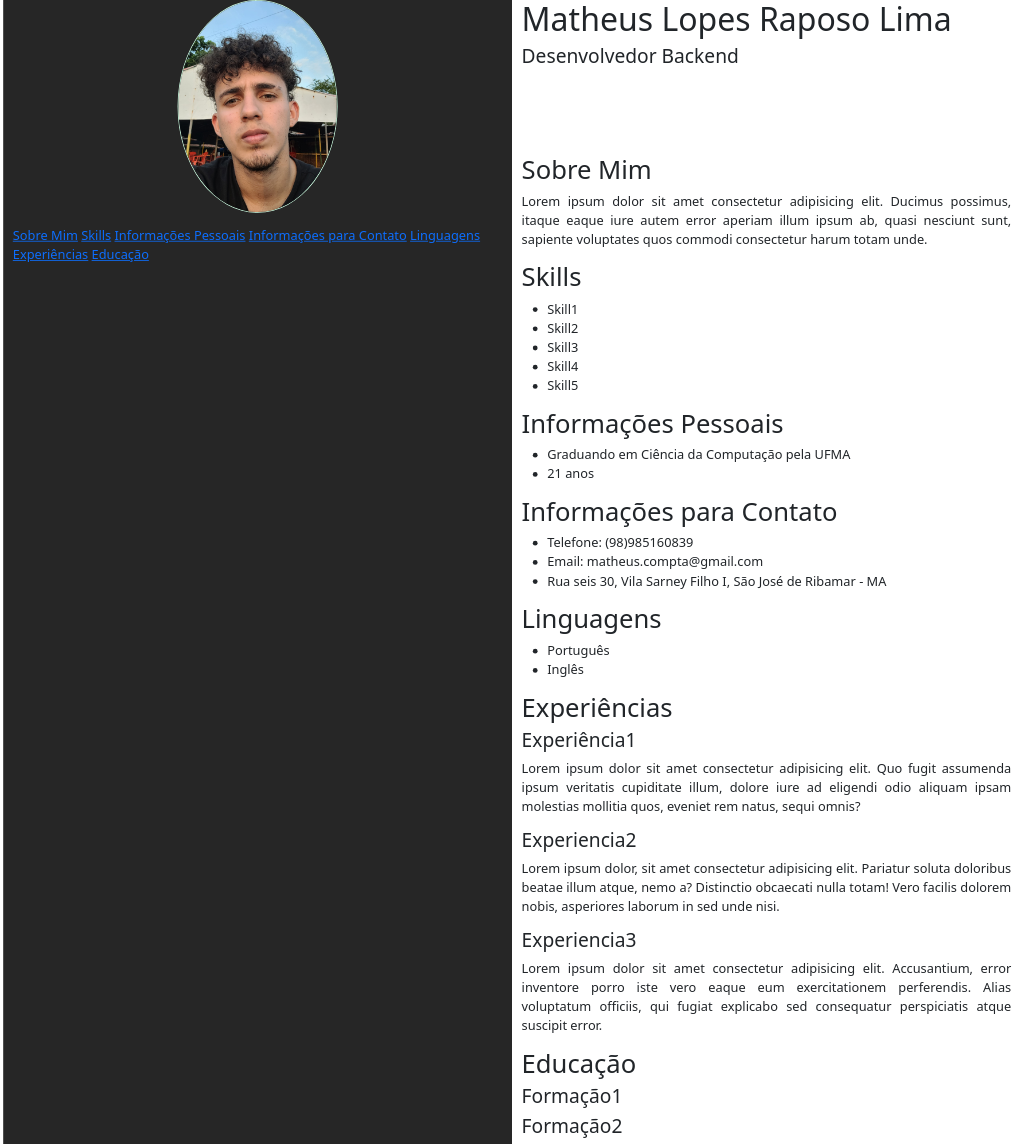
Repository: MaatheusRaposo/Curriculo_Web
Page: index.html
These files come from the project's save history. The page is drawn as it stood at one moment and after the next save; the edit follows.
The browser window is 1280 px wide. The pictures show the whole page, at 80% of full size.

Above is the page before, as saved 2026-05-28 01:14:12.

### index.html
<!DOCTYPE html>
<html lang="en">
<head>
    <meta charset="UTF-8">
    <meta name="viewport" content="width=device-width, initial-scale=1.0">
    <title>Curriculo Matheus Raposo</title>
    <link href="https://cdn.jsdelivr.net/npm/bootstrap@5.3.8/dist/css/bootstrap.min.css" rel="stylesheet" integrity="sha384-sRIl4kxILFvY47J16cr9ZwB07vP4J8+LH7qKQnuqkuIAvNWLzeN8tE5YBujZqJLB" crossorigin="anonymous">
    <link rel="stylesheet" href="assets/css/style.css">
</head>
<body>
    <div class="container-fluid px-3">
        <div class="row align-items-stretch min-vh-100">
            <div class="col text-light d-flex flex-column" id="coluna-esquerda">
                <div class="d-flex justify-content-center align-items-center">
                    <img class="foto-perfil position-relative mb-3" src="assets/images/20230725_175129.jpg" alt="">
                </div>
                <div>
                    <a href="#sobreMim">Sobre Mim</a>
                    <a href="#Skills">Skills</a>
                    <a href="#infoPessoal">Informações Pessoais</a>
                    <a href="#infoCtt">Informações para Contato</a>
                    <a href="#linguagens">Linguagens</a>
                    <a href="#exps">Experiências</a>
                    <a href="#edu">Educação</a>
                </div>
            </div>
            <div class="col d-flex flex-column" id="coluna-direita">
                <section>
                    <h1>Matheus Lopes Raposo Lima</h1>
                    <h4>Desenvolvedor Backend</h4>
                </section>
                <div class="d-flex justify-content-center flex-column mt-3 espacamento-classes">
                    <section>
                        <h2 id="sobreMim">Sobre Mim</h2>
                        <p>Lorem ipsum dolor sit amet consectetur adipisicing elit. Ducimus possimus, itaque eaque iure autem error aperiam illum ipsum ab, quasi nesciunt sunt, sapiente voluptates quos commodi consectetur harum totam unde.</p>
                    </section>
                    <section>
                        <h2 id="Skills">Skills</h2>
                        <ul>
                            <li>Skill1</li>
                            <li>Skill2</li>
                            <li>Skill3</li>
                            <li>Skill4</li>
                            <li>Skill5</li>
                        </ul>
                    </section>
                    <section>
                        <h2 id="infoPessoal">Informações Pessoais</h2>
                        <ul>
                            <li>Graduando em Ciência da Computação pela UFMA</li>
                            <li>21 anos</li>
                        </ul>
                    </section>
                    <section>
                        <h2 id="infoCtt">Informações para Contato</h2>
                        <ul>
                            <li>Telefone: (98)985160839</li>
                            <li>Email: matheus.compta@gmail.com</li>
                            <li>Rua seis 30, Vila Sarney Filho I, São José de Ribamar - MA</li>
                        </ul>
                    </section>
                    <section>
                        <h2 id="linguagens">Linguagens</h2>
                        <ul>
                            <li>Português</li>
                            <li>Inglês</li>
                        </ul>
                    </section>
                    <section>
                        <h2 id="exps">Experiências</h2>
                        <section>
                            <h4>Experiência1</h4>
                            <p>Lorem ipsum dolor sit amet consectetur adipisicing elit. Quo fugit assumenda ipsum veritatis cupiditate illum, dolore iure ad eligendi odio aliquam ipsam molestias mollitia quos, eveniet rem natus, sequi omnis?</p>
                        </section>
                        <section>
                            <h4>Experiencia2</h4>
                            <p>Lorem ipsum dolor, sit amet consectetur adipisicing elit. Pariatur soluta doloribus beatae illum atque, nemo a? Distinctio obcaecati nulla totam! Vero facilis dolorem nobis, asperiores laborum in sed unde nisi.</p>
                        </section>
                        <section>
                            <h4>Experiencia3</h4>
                            <p>Lorem ipsum dolor sit amet consectetur adipisicing elit. Accusantium, error inventore porro iste vero eaque eum exercitationem perferendis. Alias voluptatum officiis, qui fugiat explicabo sed consequatur perspiciatis atque suscipit error.</p>
                        </section>
                    </section>
                    <section>
                        <h2 id="edu">Educação</h2>
                        <section>
                            <h4>Formação1</h4>
                        </section>
                        <section>
                            <h4>Formação2</h4>
                        </section>
                    </section>
                </div>
            </div>
        </div>
    </div>

    <script src="https://cdn.jsdelivr.net/npm/bootstrap@5.3.8/dist/js/bootstrap.bundle.min.js" integrity="sha384-FKyoEForCGlyvwx9Hj09JcYn3nv7wiPVlz7YYwJrWVcXK/BmnVDxM+D2scQbITxI" crossorigin="anonymous"></script>
    <script src="app.js"></script>
    <noscript>Voce precisa tivar o JavaScript para ver o curriculo perfeitamente</noscript>
</body>
</html>

### assets/css/style.css
.foto-perfil {
    max-width: 200px;
    border: 1px solid #CEFFE4;
    border-radius: 100%;
}

#coluna-esquerda {
    background-color: #262626;
}

@media screen and (min-width: 768px) {
    .espacamento-classes {
        margin-top: 100px !important;
    }
}

.espacamento-classes {
    text-align: justify;
}

Loaded but not shown: app.js (no stored copy; drawn as an empty file)

After the next save:
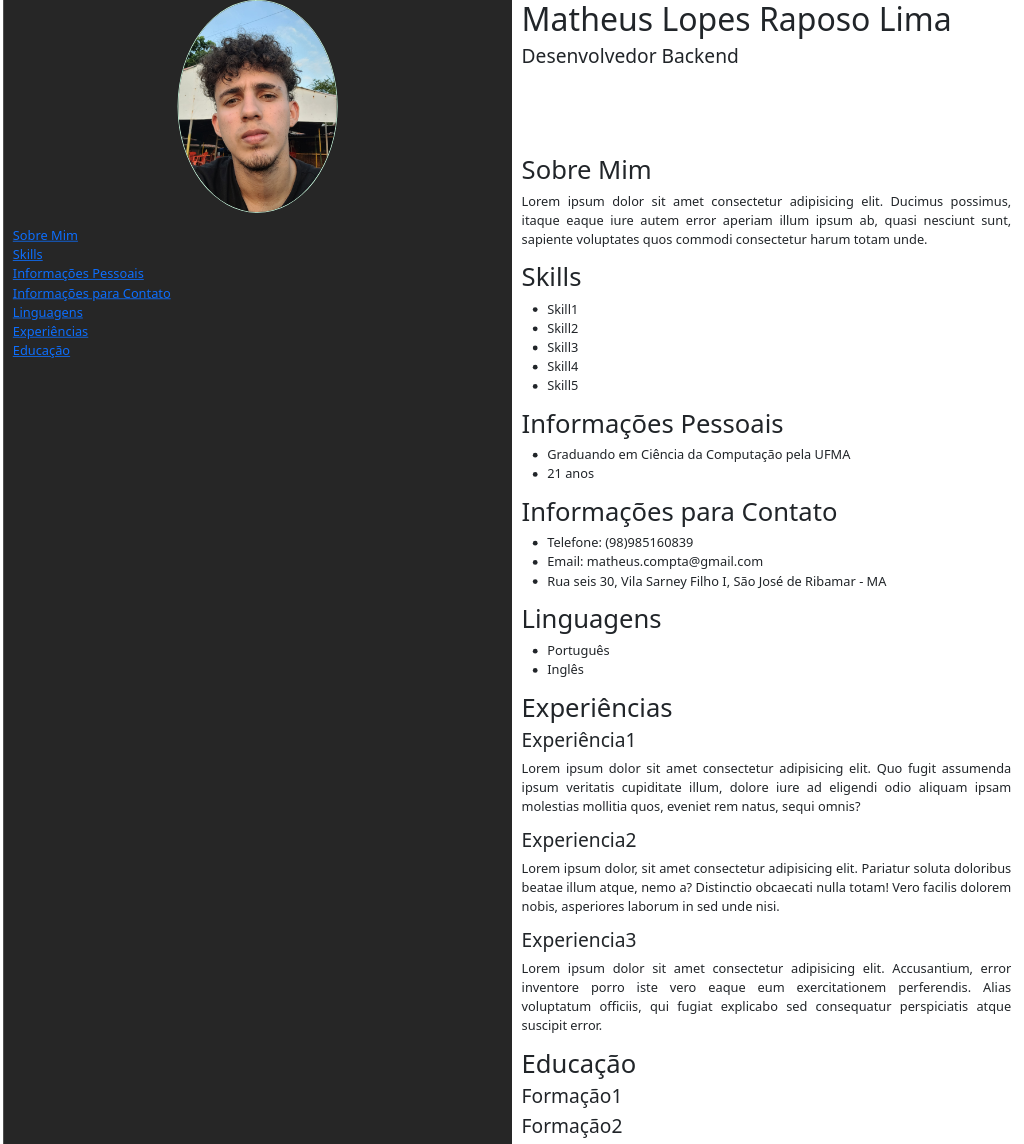
Saved 25 s later.
--- a/index.html
+++ b/index.html
@@ -15,13 +15,13 @@
                     <img class="foto-perfil position-relative mb-3" src="assets/images/20230725_175129.jpg" alt="">
                 </div>
                 <div>
-                    <a href="#sobreMim">Sobre Mim</a>
-                    <a href="#Skills">Skills</a>
-                    <a href="#infoPessoal">Informações Pessoais</a>
-                    <a href="#infoCtt">Informações para Contato</a>
-                    <a href="#linguagens">Linguagens</a>
-                    <a href="#exps">Experiências</a>
-                    <a href="#edu">Educação</a>
+                    <a href="#sobreMim">Sobre Mim</a> <br>
+                    <a href="#Skills">Skills</a> <br>
+                    <a href="#infoPessoal">Informações Pessoais</a> <br>
+                    <a href="#infoCtt">Informações para Contato</a> <br>
+                    <a href="#linguagens">Linguagens</a> <br>
+                    <a href="#exps">Experiências</a> <br>
+                    <a href="#edu">Educação</a> <br>
                 </div>
             </div>
             <div class="col d-flex flex-column" id="coluna-direita">
